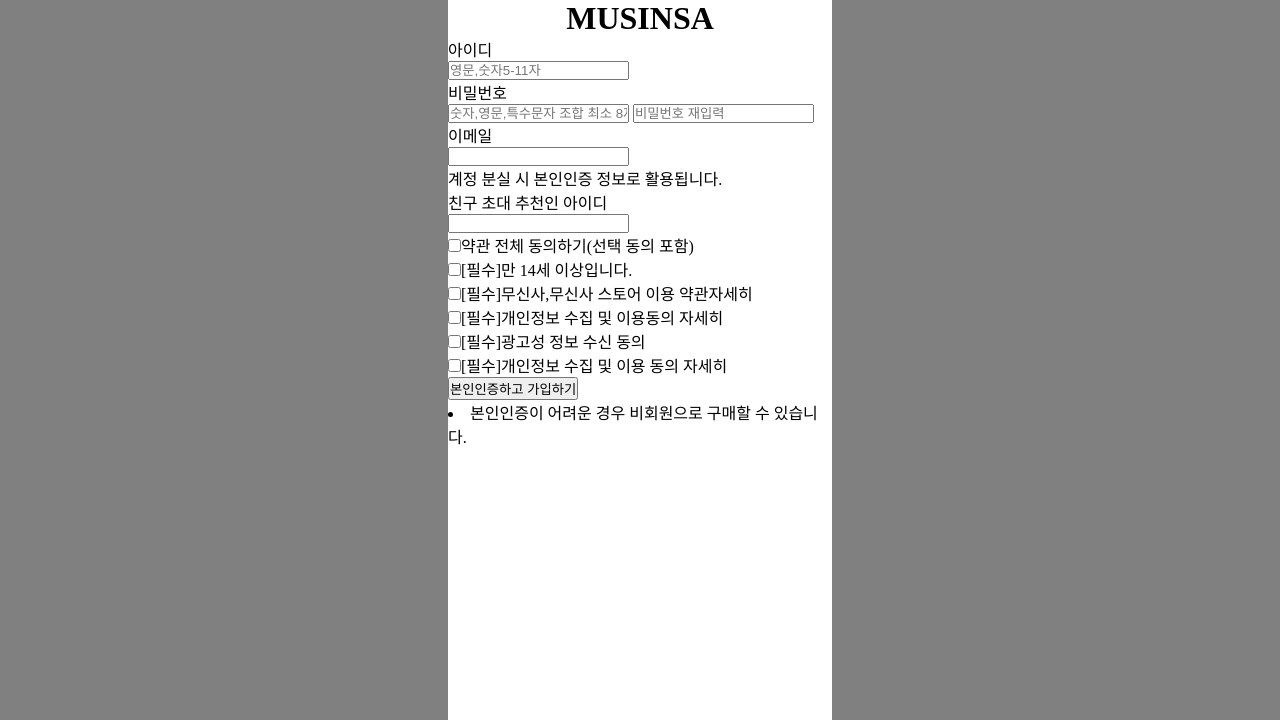
Repository: SilverSharkDeveloper/HTML-CSS-Study
Page: html/workspace/day04/WebContent/task.html
The author's editor kept a copy of each file at every save. The page is drawn from the files as they stood at one save, then again after the next save.
The browser window is 1280 px wide. The pictures show the whole page.

Above is the page before, as saved 2023-03-13 12:14:20.

After the next save:
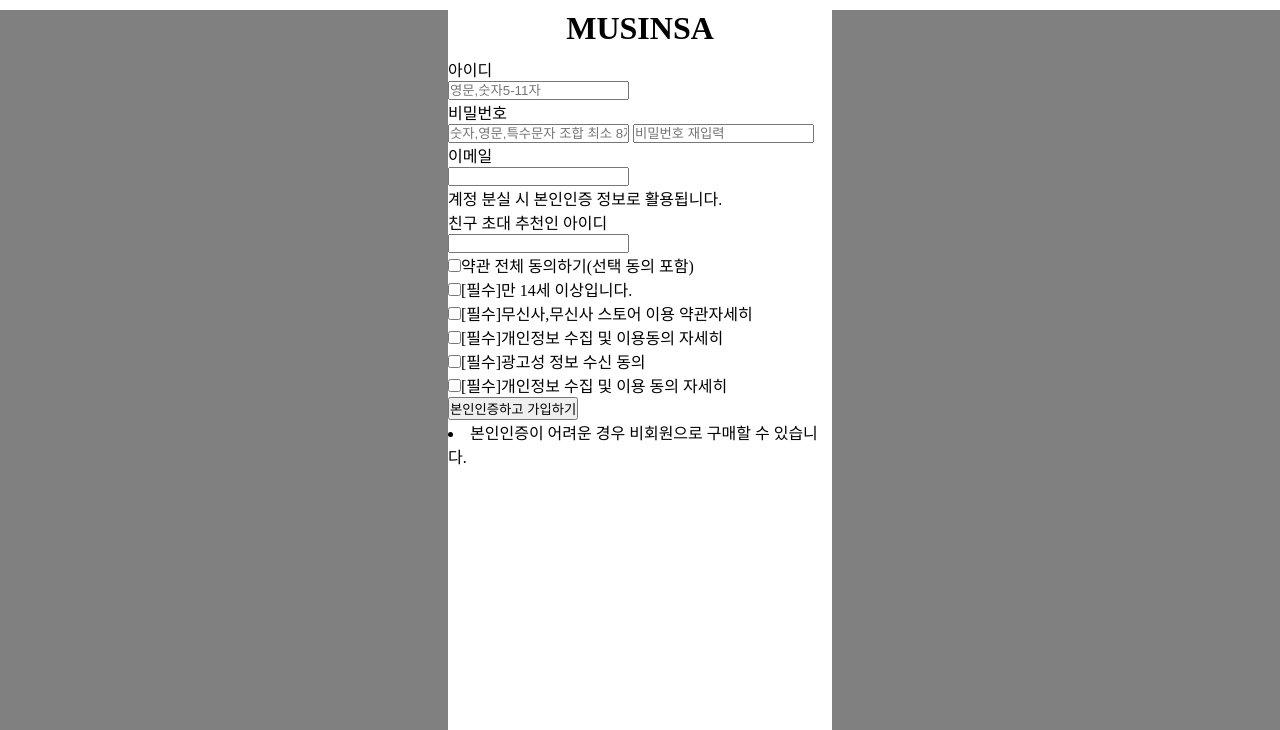
Saved 71 s later.
--- a/html/workspace/day04/WebContent/task.html
+++ b/html/workspace/day04/WebContent/task.html
@@ -15,7 +15,7 @@
 		<div class = "container" style = "background : grey ; height :100vh">
 			<div class = "container login" style ="width : 30%;height : 100%; margin : 0 auto ; background :white">
 				<div>
-					<header style ="text-align : center">
+					<header style ="text-align : center; margin :10px 0">
 						<h1>MUSINSA</h1>
 					</header>
 				</div>
